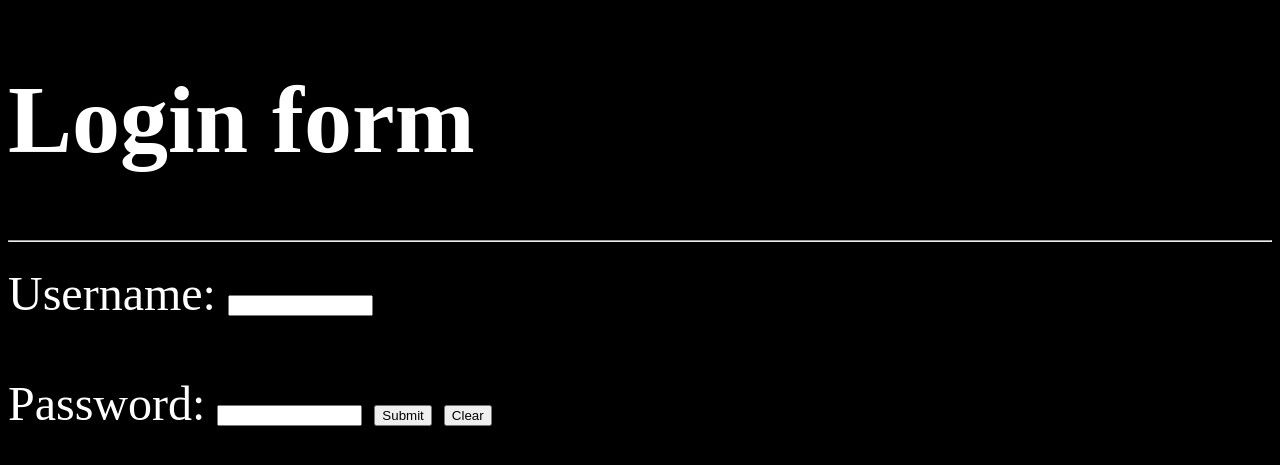
Repository: neerajagrrawal/Day8
Page: LoginApplication/WebContent/registration.html
These files come from the project's save history. The page is drawn as it stood at one moment and after the next save; the edit follows.
The browser window is 1280 px wide. The pictures show the whole page.

Above is the page before, as saved 2018-09-05 12:04:39.

### LoginApplication/WebContent/registration.html
<!DOCTYPE html>
<html>
<head>
<meta charset="ISO-8859-1">
<title>Insert title here</title>
</head>
<body bgcolor="black">
<font color="white" size="8">
<h1>Login form</h1>
<hr>
<form action="register" method="post">
<label>Username: </label>
<input type="text" name="username" size="15">
<br><br>
<label>Password: </label>
<input type="password" name="pass" size="15">
<input type="submit" value="Submit"/>
<input type="reset" value="Clear"/>
<br><br>
</form>

</body>
</html>

After the next save:
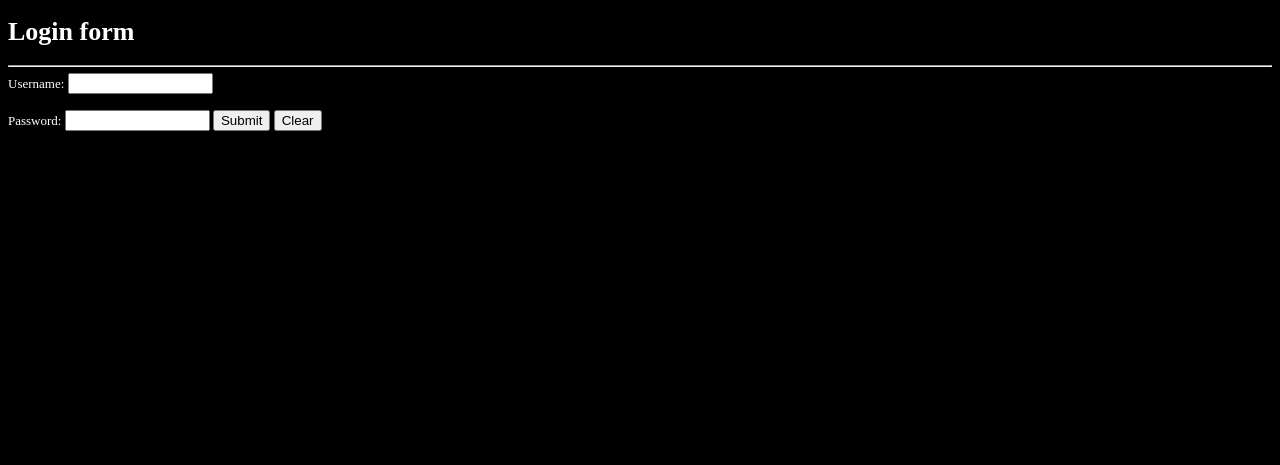
Saved 11 s later.
--- a/LoginApplication/WebContent/registration.html
+++ b/LoginApplication/WebContent/registration.html
@@ -5,7 +5,7 @@
 <title>Insert title here</title>
 </head>
 <body bgcolor="black">
-<font color="white" size="8">
+<font color="white" size="2">
 <h1>Login form</h1>
 <hr>
 <form action="register" method="post">
